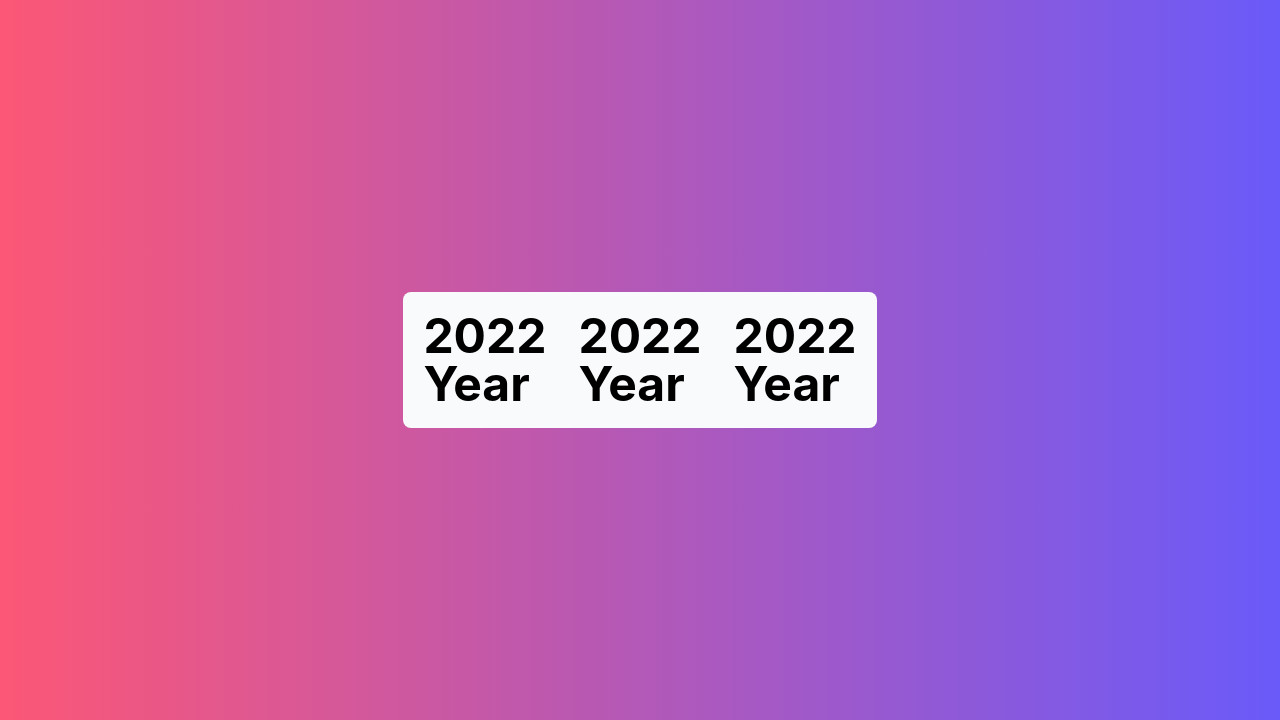
Repository: huynhsang96/bt_codegymHook
Page: /
The author's editor kept a copy of each file at every save. The page is drawn from the files as they stood at one save, then again after the next save.
The browser window is 1280 px wide. The pictures show the whole page.
The project was rebuilt for these pictures with package versions that can differ from the ones it lists, and the page was loaded fresh each time.

Above is the page before, as saved 2022-04-29 16:32:27.

### src/index.js
import React from "react";
import ReactDOM from "react-dom/client";
import "./index.css";
import App from "./App";
import reportWebVitals from "./reportWebVitals";

const root = ReactDOM.createRoot(document.getElementById("root"));
root.render(
	<React.StrictMode>
		<App />
	</React.StrictMode>
);

reportWebVitals();

### src/index.css
body {
	margin: 0;
	font-family: -apple-system, BlinkMacSystemFont, "Segoe UI", "Roboto", "Oxygen",
		"Ubuntu", "Cantarell", "Fira Sans", "Droid Sans", "Helvetica Neue",
		sans-serif;
	-webkit-font-smoothing: antialiased;
	-moz-osx-font-smoothing: grayscale;
}

code {
	font-family: source-code-pro, Menlo, Monaco, Consolas, "Courier New",
		monospace;
}
@tailwind base;
@tailwind components;
@tailwind utilities;

### src/App.js
import "./App.css";
import Clock from "./component/ClockHook/Clock";

function App() {
	return (
		<div>
			<Clock></Clock>
		</div>
	);
}

export default App;

### src/App.css
*,
*::before,
*::after {
	box-sizing: border-box;
}
* {
	margin: 0;
}

html,
body {
	height: 100%;
}
body {
	line-height: 1.5;
	-webkit-font-smoothing: antialiased;
	-webkit-tap-highlight-color: rgba(0, 0, 0, 0);

	background-image: linear-gradient(to right, #fc5776, #6a5af9);
	display: flex;
	justify-content: center;
	align-items: center;
	height: 100vh;
}

img,
picture,
video,
canvas,
svg {
	display: block;
	max-width: 100%;
}
input,
button,
textarea,
select {
	font: inherit;
	outline: none;
	border: none;
}
p,
h1,
h2,
h3,
h4,
h5,
h6 {
	overflow-wrap: break-word;
}

### src/component/ClockHook/Clock.js
import React, { useEffect, useState } from "react";

const Clock = () => {
	const [now, setNow] = useState(new Date());
	useEffect(() => {
		const timer = setInterval(() => {
			setNow(new Date());
		}, 1000);
		return () => clearInterval(timer);
	}, [now]);
	const years = now.getFullYear();
	const months = now.getMonth() + 1;
	const days = now.getDate();
	const hours = now.getHours();
	const minutes = now.getMinutes();
	const seconds = now.getSeconds();

	// console.log(seconds < 10 ? "0" + seconds : seconds);

	return (
		<div className="p-5 w-full h-full mx-auto">
			<ul className="flex flex-row gap-8 bg-slate-50 p-5 rounded-lg">
				<li className="flex flex-col justify-center">
					<span className="font-bold text-5xl">{years}</span>
					<span className="font-bold text-5xl">Year</span>
				</li>
				<li className="flex flex-col justify-center">
					<span className="font-bold text-5xl">{years}</span>
					<span className="font-bold text-5xl">Year</span>
				</li>
				<li className="flex flex-col justify-center item-center">
					<span className="font-bold text-5xl">{years}</span>
					<span className="font-bold text-5xl">Year</span>
				</li>
			</ul>
		</div>
	);
};

export default Clock;

Loaded but not shown: public/index.html (common file); src/reportWebVitals.js (common file); tailwind.config.js (common file)

After the next save:
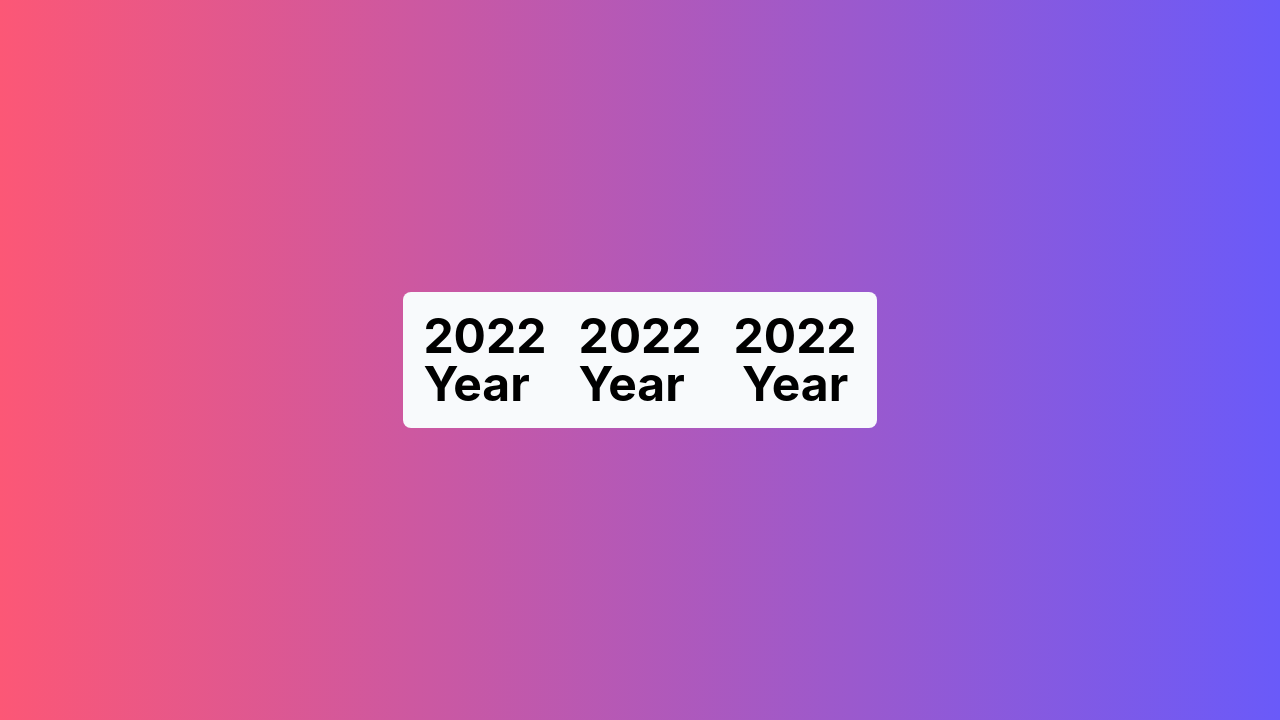
Saved 104 s later.
--- a/src/component/ClockHook/Clock.js
+++ b/src/component/ClockHook/Clock.js
@@ -28,7 +28,7 @@ const Clock = () => {
 					<span className="font-bold text-5xl">{years}</span>
 					<span className="font-bold text-5xl">Year</span>
 				</li>
-				<li className="flex flex-col justify-center item-center">
+				<li className="flex flex-col justify-center text-center">
 					<span className="font-bold text-5xl">{years}</span>
 					<span className="font-bold text-5xl">Year</span>
 				</li>
